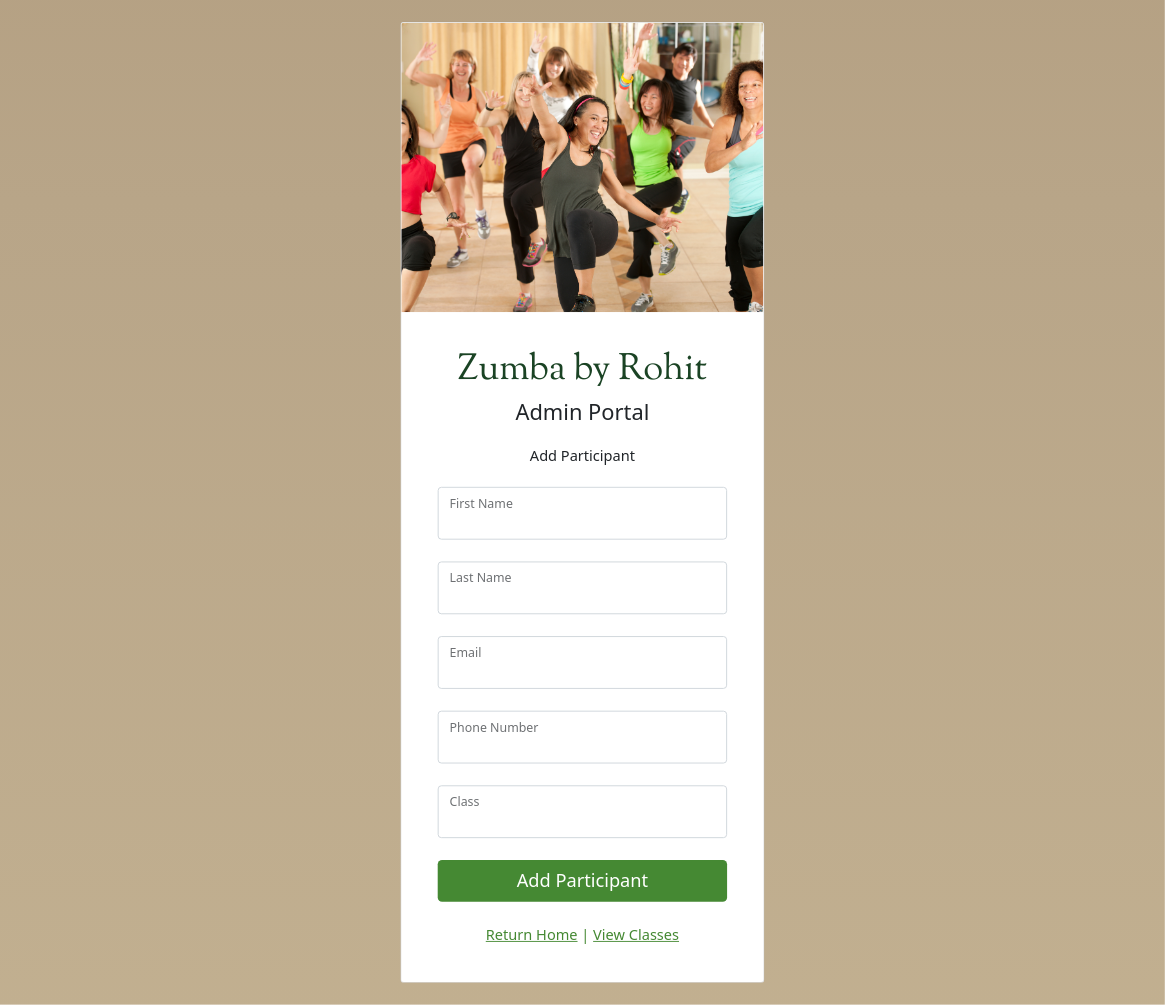
Repository: ronetteguevara/CalTech-ZumbaApp
Page: ZumbaApp/ZumbaApp/src/main/webapp/add-participant.html
The author's editor kept a copy of each file at every save. The page is drawn from the files as they stood at one save, then again after the next save.
The browser window is 1280 px wide. The pictures show the whole page, at 91% of full size.

Above is the page before, as saved 2024-05-01 01:10:56.

After the next save:
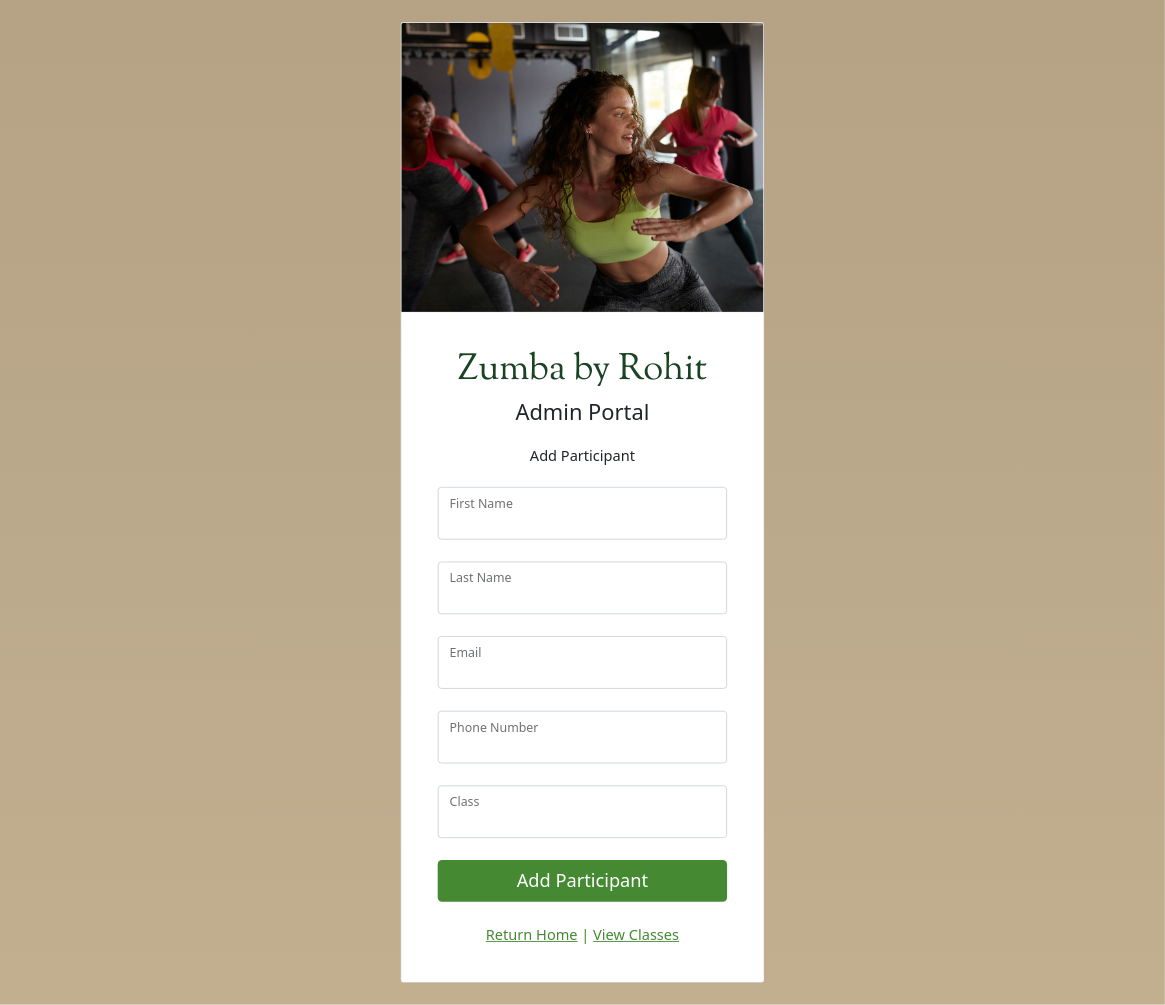
Saved 2 min 40 s later.
--- a/ZumbaApp/ZumbaApp/src/main/webapp/add-participant.html
+++ b/ZumbaApp/ZumbaApp/src/main/webapp/add-participant.html
@@ -12,7 +12,7 @@
 	<main class="form-signin d-flex justify-content-center">
 	<form action="   " method="post">
 		<div class="card" style="width: 25rem;">
-			<img src="assets/Add_Class.png" class="card-img-top" alt="Rohit smiling">
+			<img src="assets/Add_Participant.png" class="card-img-top" alt="Rohit smiling">
 		<div class="card-body text-center">
 			<h1 class="mt-4 mb-2 fw-normal text-center">Zumba by Rohit</h1>
 			<h4 class="mb-4 fw-normal text-center">Admin Portal</h4>
